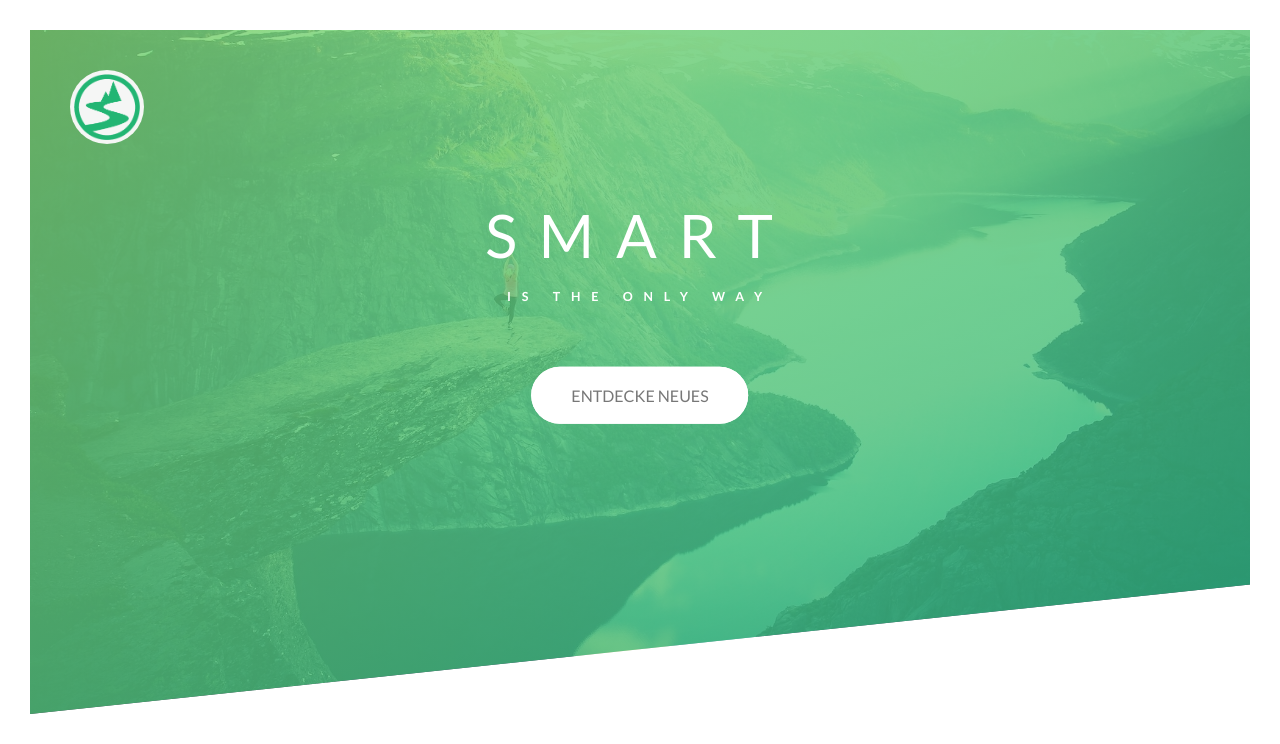
Repository: mukiSabljakovic/NatoursV1
Page: index.html
An editor plug-in stored every save of this project. The page is shown before and after the next save, followed by the edit.
The browser window is 1280 px wide. The pictures show the whole page.
Some web libraries are served in a nearby version.

Above is the page before, as saved 2020-05-11 17:05:39.

### index.html
<!DOCTYPE html>
<html lang="en">
    <head>
        <meta charset="UTF-8">
        <meta name="viewport" content="width=device-width, initial-scale=1.0">

        <link href="https://fonts.googleapis.com/css?family=Lato:100,300,400,700,900" rel="stylesheet">

        <link rel="stylesheet" href="https://use.fontawesome.com/releases/v5.13.0/css/all.css" integrity="sha384-Bfad6CLCknfcloXFOyFnlgtENryhrpZCe29RTifKEixXQZ38WheV+i/6YWSzkz3V" crossorigin="anonymous">
        <link rel="stylesheet" href="style.css">
        <link rel="stylesheet" href="css/style.css">
        <link rel="shortcut icon" type="image/png" href="img/favicon.png">

        <title>Natours | Exciting tours for adventurous people</title>
    </head>
    <body>
       <header class="header">
           <div class="header__logo-box">
               <img class="header__logo" src="img/logo.png" alt="Natours Logo">
           </div>

           <div class="header__text-box">
               <h1 class="heading-primary">
                   <span class="heading-primary--main">Smart</span>
                   <span class="heading-primary--sub">is the only way</span>
               </h1>
               <a href="#" class="btn btn--white btn--animated">Entdecke neues</a>
           </div>

       </header>

    </body>
</html>

### css/style.css
@import url('https://fonts.googleapis.com/css2?family=Lato:wght@300;400;900&display=swap');

/*
COLORS:

Light green: #7ed56f
Medium green: #55c57a
Dark green: #28b485

*/

/* Basic Reset */


*,
*::after,
*::before {
    margin: 0;
    padding: 0;
    box-sizing: inherit;
}

html {
    font-size: 10px;
}

body {
    font-family: 'Lato', sans-serif;
    font-weight: 400;
    font-size: 1.6rem;
    line-height: 1.7;
    color: #777;
    padding: 3rem;

    box-sizing: border-box;
}

.header {
    height: 95vh;
    background-image: linear-gradient(
        to right bottom,
        rgba(126, 213, 111, .8),
        rgba(40, 180, 131, .8)),
        url(../img/hero.jpg);
    background-size: cover;
    background-position: top;

    clip-path: polygon(0 0, 100% 0, 100% 77vh, 0 100%);
    position: relative;
}

.header__logo-box {
    position: absolute;
    top: 4rem;
    left: 4rem;
    background: rgb(245, 246, 245);
    border-radius: 100%;
    display: flex;
    padding: .4rem;
}

.header__logo {
    height: 6.6rem;
}

.header__text-box {
    position: absolute;
    top: 40%;
    left: 50%;
    transform: translate(-50%, -50%);
    text-align: center;
}

.heading-primary {
    color: #fff;
    text-transform: uppercase;

    /* Fix animation shaking */
    backface-visibility: hidden;
    margin-bottom: 6rem;
}

.heading-primary--main {
    display: block;
    font-size: 6rem;
    font-weight: 400;
    letter-spacing: 2.1875rem;

    animation-name: moveInLeft;
    animation-duration: 1s;
    animation-timing-function: ease-out;
}

.heading-primary--sub {
    display: block;
    font-size: 1.25rem;
    font-weight: 700;
    letter-spacing: 1.0875rem;

    animation: moveInRight 1s ease-out;
}

@keyframes moveInLeft {
    0% {
        opacity: 0;
        transform: translateX(-100%);
    }

    80% {
        transform: translateX(10px);
    }

    100% {
        opacity: 1;
        trannsform: translate(0);
    }
}

@keyframes moveInRight {
    0% {
        opacity: 0;
        transform: translateX(100%);
    }

    80% {
        transform: translateX(-10px);
    }

    100% {
        opacity: 1;
        transform: translate(0);
    }
}

@keyframes moveInBottom {
    0% {
        opacity: 0;
        transform: translateY(-30px);
    }

    100% {
        opacity: 1;
        transform: translate(0);
    }
}

.btn:link,
.btn:visited {
    text-transform: uppercase;
    text-decoration: none;
    padding: 15px 40px;
    display: inline-block;
    border-radius: 100px;
    transition: all .2s;
}

.btn:hover {
    transform: translateY(-3px);
    box-shadow: 0 10px 20px rgba(0, 0, 0, .2);
}

.btn:active {
    transform: translateY(-1px);
    box-shadow: 0 10px 10px rgba(0, 0, 0, .2);
}

.btn--white {
    background-color: #fff;
    color: #777;
    position: relative;
}

.btn::after {
    content: "";
    display: inline-block;
    height: 100%;
    width: 100%;
    border-radius: 100px;
    position: absolute;
    top: 0;
    left: 0;
    z-index: -1;
    transition: all .2s;
}

.btn--white::after {
    background-color: #fff;
}

.btn:hover::after {
    transform: scaleX(1.4) scaleY(1.6);
    opacity: 0;
}

.btn--animated {
    animation: moveInBottom .5s ease-out .75s;
    animation-fill-mode: backwards;
}

After the next save:
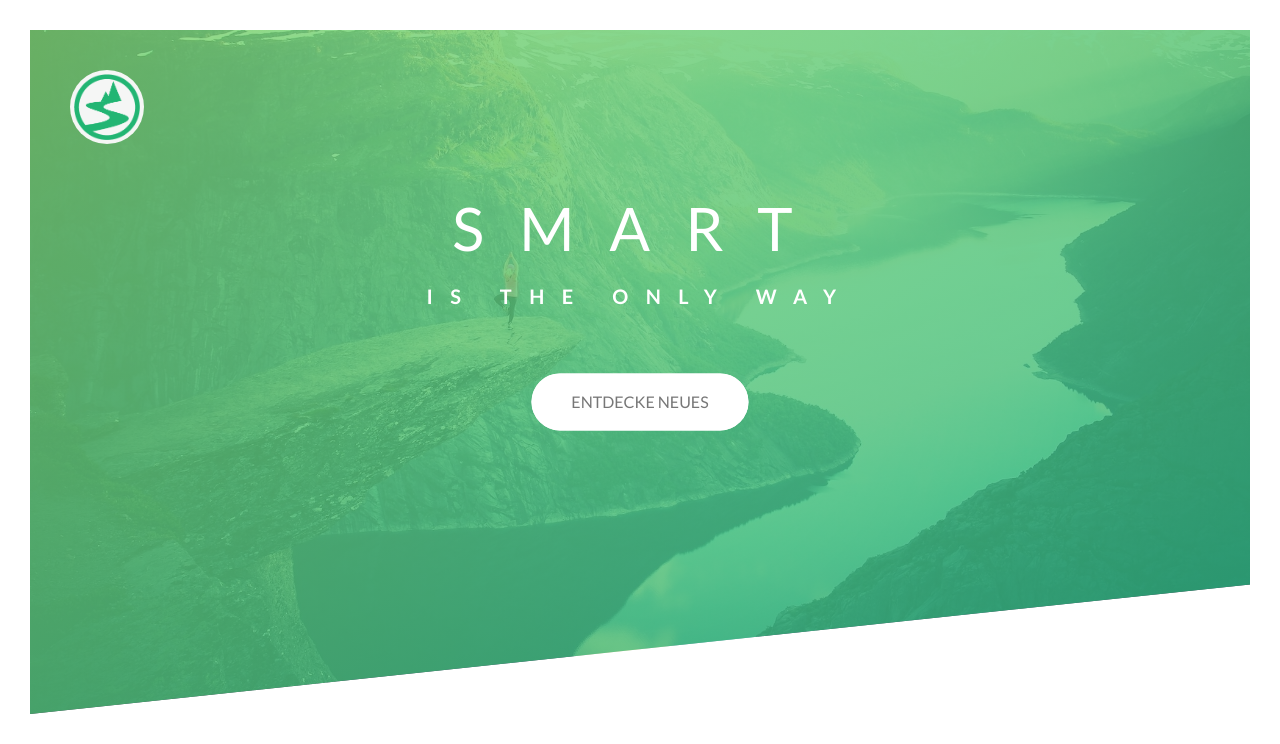
Saved 33 s later.
--- a/css/style.css
+++ b/css/style.css
@@ -84,7 +84,7 @@ body {
     display: block;
     font-size: 6rem;
     font-weight: 400;
-    letter-spacing: 2.1875rem;
+    letter-spacing: 3.5rem;
 
     animation-name: moveInLeft;
     animation-duration: 1s;
@@ -93,9 +93,9 @@ body {
 
 .heading-primary--sub {
     display: block;
-    font-size: 1.25rem;
+    font-size: 2rem;
     font-weight: 700;
-    letter-spacing: 1.0875rem;
+    letter-spacing: 1.75rem;
 
     animation: moveInRight 1s ease-out;
 }
